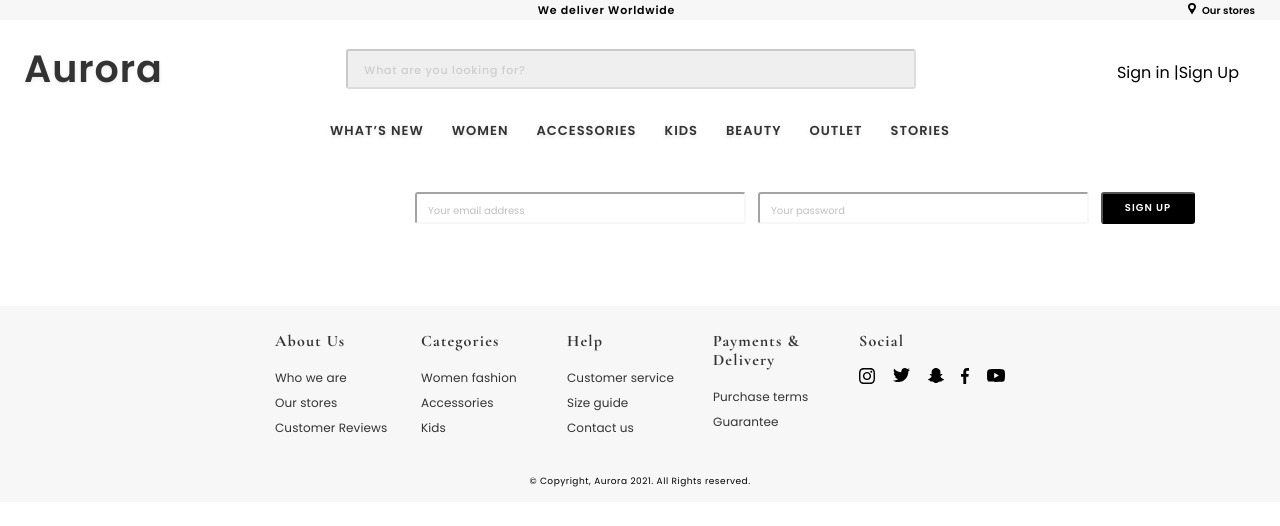
Repository: YuraKrvz/aurora-react-redux-toolkit-firebase
Page: /signUp
The author's editor kept a copy of each file at every save. The page is drawn from the files as they stood at one save, then again after the next save.
The browser window is 1280 px wide. The pictures show the whole page.
The project was rebuilt for these pictures with package versions that can differ from the ones it lists, and the page was loaded fresh each time. Also part of the build but not shown: src/components/MainSection/MainSection.jsx, src/pages/HomeGuest.jsx, src/pages/HomeUser.jsx, src/pages/SignIn.jsx.

Above is the page before, as saved 2021-11-29 13:22:28.

### public/index.html
<!DOCTYPE html>
<html lang="en">
  <head>
    <meta charset="utf-8" />
    <link rel="icon" href="%PUBLIC_URL%/favicon.ico" />
    <meta name="viewport" content="width=device-width, initial-scale=1" />
    <meta name="theme-color" content="#000000" />
    <meta
      name="description"
      content="Web site created using create-react-app"
    />
    <link rel="apple-touch-icon" href="%PUBLIC_URL%/logo192.png" />
    <link rel="manifest" href="%PUBLIC_URL%/manifest.json" />
    <link rel="preconnect" href="https://fonts.googleapis.com">
    <link rel="preconnect" href="https://fonts.googleapis.com">
    <link rel="preconnect" href="https://fonts.gstatic.com" crossorigin>
    <title>React App</title>
  </head>
  <body>
    <noscript>You need to enable JavaScript to run this app.</noscript>
    <div id="root"></div>
  </body>
</html>

### src/index.css
@import '~normalize.css';
@import url('https://fonts.googleapis.com/css2?family=Poppins:wght@100;200;300;400;500;600;700&display=swap');
@import url('https://fonts.googleapis.com/css2?family=Cormorant+Garamond:wght@300;400;500;600;700&display=swap');

*, ::after, ::before {
  margin: 0;
  padding: 0;
  box-sizing: border-box;
  font-family: var(--text-regular-poppins);
  color: var(--color-very-black);
}
html, body{
  height: 100%;
}

:root{
  --text-regular-poppins: 'Poppins';
  --text-cormorant-garamond: 'Cormorant Garamond';

  --color-black: #333333;
  --color-very-black: #000000;
  --color-white:  #FFFFFF;
  --color-silver: #F7F7F7;

  --src-guest: './insta.svg';
  --src-user: './user.svg';
  --bg-wall: var(--src-guest);
}

### src/components/CustomRouter/CustomRouter.jsx
import { Routes, Route } from 'react-router-dom';
import HomeGuest from '../../pages/HomeGuest';
import HomeUser from '../../pages/HomeUser';
import SignIn from '../../pages/SignIn';
import SignUp from '../../pages/SignUp';
import {useAuthorization} from '../../hooks/useAuthorization';

const CustomRouter = () => {
   const {isAuth} = useAuthorization();

   return (
      <>
      <Routes>
         {
         isAuth ? (
            <>
               <Route path='/' element={<HomeUser />} />
               <Route path='/signIn' element={<SignIn />} />
               <Route path='/signUp' element={<SignUp />} />
            </>
         ) : (
            <>
               <Route path='/' element={<HomeGuest />} />
               <Route path='/signIn' element={<SignIn />} />
               <Route path='/signUp' element={<SignUp />} />
            </>
         )
         }
      </Routes>
      </>
   )
}

export default CustomRouter

### src/components/Header/Header.jsx
import React from 'react';
import s from './Header.module.css';
import { NavLink } from 'react-router-dom';
import GlobalSvgSelector from '../../source/GlobalSvgSelector';
import OverHeader from './OverHeader/OverHeader';
import Authorization from '../Authorization/Authorization';

const Header = () => {
   return (
      <>
         <header className={s.header}>
            <OverHeader />
            <div className={s.header_body}>
               <NavLink to='/' className={s.header_title}>Aurora</NavLink>
               <label className={s.input_wrap}>
                  <input className={s.header_searcher} type="text" placeholder="What are you looking for?" />
                  <GlobalSvgSelector className={s.icon} id="fill" color='black' />
               </label>
               <div>
                  <Authorization />
               </div>
            </div>
            <ul className={s.header_list}>
               <li className={s.header_list__item}>what’s new</li>
               <li className={s.header_list__item}>women</li>
               <li className={s.header_list__item}>accessories</li>
               <li className={s.header_list__item}>kids</li>
               <li className={s.header_list__item}>beauty</li>
               <li className={s.header_list__item}>outlet</li>
               <li className={s.header_list__item}>stories</li>
            </ul>
         </header>
      </>
   )
}

export default Header


// HEADER / Aurora
// <h6>{email}</h6>
//    <ul>
//       <li>
//          <NavLink  to='/' >home</NavLink>
//          <NavLink  to='/signIn' >signIn</NavLink>
//          <NavLink  to='/signUp' >signUp</NavLink>
//       </li>
//    </ul>
// </header>

### src/components/Footer/Footer.jsx
import GlobalSvgSelector from '../../source/GlobalSvgSelector';
import s from './Footer.module.css';

function Footer(){
   return (
      <>
         <footer className={s.footer}>
            <div className={s.footer_inner}>
               <div className={s.footer_item}>
                  <h6 className={s.title}>About Us</h6>
                  <ul className={s.list}>
                     <li className={s.text}>Who we are</li>
                     <li className={s.text}>Our stores</li>
                     <li className={s.text}>Customer Reviews</li>
                  </ul>
               </div>
               <div className={s.footer_item}>
                  <h6 className={s.title}>Categories</h6>
                  <ul className={s.list}>
                     <li className={s.text}>Women fashion</li>
                     <li className={s.text}>Accessories</li>
                     <li className={s.text}>Kids</li>
                  </ul>
               </div>
               <div className={s.footer_item}>
                  <h6 className={s.title}>Help</h6>
                  <ul className={s.list}>
                     <li className={s.text}>Customer service</li>
                     <li className={s.text}>Size guide</li>
                     <li className={s.text}>Contact us</li>
                  </ul>
               </div>
               <div className={s.footer_item}>
                  <h6 className={s.title}>Payments & Delivery</h6>
                  <ul className={s.list}>
                     <li className={s.text}>Purchase terms</li>
                     <li className={s.text}>Guarantee</li>
                  </ul>
               </div>
               <div className={s.footer_item}>
                  <h6 className={s.title}>Social</h6>
                  <ul className={s.list}>
                     <li className={s.social_icon}>
                        <a href="#"><GlobalSvgSelector id='instagram' /></a>
                        <a href="#"><GlobalSvgSelector id='twitter' /></a>
                        <a href="#"><GlobalSvgSelector id='snapchat' /></a>
                        <a href="#"><GlobalSvgSelector id='facebook' /></a>
                        <a href="#"><GlobalSvgSelector id='youtube' /></a>
                     </li>
                  </ul>
               </div>
            </div>
            <div className={s.copy_right}>
               <p>© Copyright, Aurora 2021. All Rights reserved.</p>
            </div>
         </footer>
      </>
   )
}

export default Footer

### src/pages/SignUp.jsx
import React, {useRef} from 'react';
import s from '../components/MainSection/MainSection.module.css';
import {signUp} from '../firebase';

const SignUp = () => {
   const emailRef = useRef();
   const passwordRef = useRef();
   async function handler(){
      try{
         await signUp(emailRef.current.value, passwordRef.current.value)
      }
      catch{
         alert('error in sign up')
      }
   }

   return (
      <>
         <div className={s.section_register_field}>
            <div style={{minHeight: '100%', }}>
               <label className={s.input_wrap}>
               <input className={s.section_register_input} ref={emailRef} type="email" placeholder='Your email address' />
               <input className={s.section_register_input} ref={passwordRef} type="password" placeholder='Your password' />
               <button className={s.section_register_btn} onClick={handler} >Sign Up</button>
               </label>
            </div>
         </div>
      </>
   )
}

export default SignUp;

### src/hooks/useAuthorization.jsx
import {useSelector} from 'react-redux';

export function useAuthorization(){
   const {email, id, token} = useSelector(state => state.user);

   return {
      isAuth: !!email,
      email,
      id,
      token,
   }
}

### src/components/Header/Header.module.css
.header{
   width: 100%;
   height: 160px;
   /* background: linear-gradient(180deg, rgba(51, 51, 51, 0.9) 14.31%, rgba(27, 27, 27, 0.469176) 58.6%, rgba(0, 0, 0, 0.0001) 100%); */
   mix-blend-mode: normal;
   /* opacity: 0.24; */
   /* background: rgba(0, 0, 0, 0.1); */
   /* background-color: black; */
}
.header_body{
   display: flex;
   justify-content: space-between;
   align-items: center;
   padding: 0 24px;
}
.header_title{
   margin: 0;
   font-style: normal;
   font-weight: 600;
   font-size: 38px;
   line-height: 57px;
   letter-spacing: 0.95px;
   color: var(--color-black, --color-white);
   text-shadow: 0px 2px 4px rgba(0, 0, 0, 0.08);
   text-decoration: none;
}
.input_wrap{
   position: relative;
}
.header_searcher{
   background-color: silver;
   border-color: none;
   mix-blend-mode: normal;
   opacity: 0.24;
   border-radius: 3px;
   width: 570px;
   height: 40px;
   color: var(--color-very-black);
}
.icon{
   position: absolute;
   width: 17px;
   height: 17px;
   top: 30%;
   right: 10px;
   /* background-color: var(--color-very-black) */
}
.header_searcher::placeholder {
   padding: 16px;
   height: 17px;
   font-weight: 500;
   font-size: 11px;
   line-height: 16px;
   letter-spacing: 0.8px;
   color: var(--color-black, --color-white);
 }
.header_user{
   font-style: normal;
   font-weight: 600;
   font-size: 11px;
   line-height: 16px;
   text-align: right;
   letter-spacing: 1px;
   color: var(--color-black, --color-white);
}
.header_list{
   list-style: none;
   display: flex;
   justify-content: space-between;
   text-transform: uppercase;
   width: 620px;
   margin: 24px auto;
   padding-bottom: 25px;
}
.header_list__item{
   color: var(--color-black, --color-white);
   font-style: normal;
   font-weight: 600;
   font-size: 13px;
   line-height: 19px;
   text-align: center;
   letter-spacing: 1px;
   text-transform: uppercase;
   text-shadow: 0px 2px 4px rgba(0, 0, 0, 0.12);
   cursor: pointer;
}

### src/components/Header/OverHeader/OverHeader.jsx
import GlobalSvgSelector from "../../../source/GlobalSvgSelector"
import s from './OverHeader.module.css';

const OverHeader = () => {
   return (
      <>
         <div className={s.wrapper}>
            <div />
            <h6 className={s.title}>We deliver Worldwide</h6>
            <div className={s.wrapper_text}>
               <GlobalSvgSelector id="shape" />
               <p className={s.text}>Our stores</p>
            </div>
         </div>
      </>
   )
}

export default OverHeader

### src/components/Authorization/Authorization.jsx
import s from './Authorization.module.css';
import GlobalSvgSelector from '../../source/GlobalSvgSelector';
import { useAuthorization } from '../../hooks/useAuthorization';
import { NavLink } from 'react-router-dom';

const Authorization = () => {
   const {isAuth, email, id} = useAuthorization();

   return (
      <>
         {!isAuth ? (
            <div >
               <NavLink to='/signIn' className={s.header_user}>
                  Sign in
               </NavLink>  |
               <NavLink to='/signUp' className={s.header_user}>
                  Sign Up
               </NavLink>
               <GlobalSvgSelector id="basket" color='black'/>
            </div>
         ) : (
            <div className={s.login_field}>
               <p className={s.login}>Hi, {email}!</p>
               <GlobalSvgSelector id="basket" color='black'/>
               {/*<GlobalSvgSelector id="ball" color='black'/>*/}
            </div>
         )}

      </>
   )
}

export default Authorization

### src/components/Footer/Footer.module.css
.footer{
   background-color: var(--color-silver);
}
.footer_inner{
   display: flex;
   justify-content: center;
   padding-top: 26px;
}
.footer_item{
   width: 146px;
   height: 105px;
   margin-bottom: 38px;
}
.title{
   margin-bottom: 17px;
   font-family: var(--text-cormorant-garamond);
   font-size: 16px;
   line-height: 19px;
   letter-spacing: 1.16364px;
   color: var(--color-black);
}
.list{
   list-style: none;
}
.list li {
   cursor: pointer;
}
.social_icon{
   display: flex;
   justify-content: space-between;
}
.text{
   margin-bottom: 6px;
   font-style: normal;
   font-weight: normal;
   font-size: 12px;
   line-height: 19px;
   letter-spacing: 0.1px;
   color: var(--color-black);
}
.copy_right{
   padding-bottom: 14px;
   font-style: normal;
   font-weight: normal;
   font-size: 9px;
   line-height: 13px;
   text-align: center;
   letter-spacing: 0.5px;
   color: var(--color-black);
}

### src/components/MainSection/MainSection.module.css
.section{

   height: 100vh;
   background-position: center;
   background-size: cover;
   background-repeat: no-repeat;
   display: flex;
   flex-direction: column;
}
.guest{
   background-image: url(./insta.svg);
}
.user{
   background-image: url(./user.svg);
}
.title{
   margin: auto;
   font-style: normal;
   font-weight: bold;
   font-size: 60px;
   line-height: 90px;
   text-align: center;
   color: var(--color-white);
}
.section_register_field{
   display: block;
   margin: 32px auto;
   width: 450px;
   height: 82px;
}
.text{
   margin-bottom: 14px;
   font-style: normal;
   font-weight: normal;
   font-size: 12px;
   line-height: 18px;
   letter-spacing: 0.872727px;
   color: var(--color-black);
}
.input_wrap{
   display: flex;
   align-items: center;
}
.section_register_input{
   padding: 7px 0 7px 11px;
   width: 335px;
   height: 32px;
   margin-right: 12px;
   border-radius: 3px;
   border-color: var(--color-silver);
}
.section_register_input::placeholder{
   color: silver;
   font-size: 10px;
}
.section_register_btn{
   min-width: 94px;
   height: 32px;
   border-radius: 3px;
   /* border: transparent; */
   background-color: var(--color-very-black);
   color: var(--color-white);
   font-style: normal;
   font-weight: 600;
   font-size: 10px;
   line-height: 20px;
   text-align: center;
   letter-spacing: 1px;
   text-transform: uppercase;
   cursor: pointer;
}

### src/components/Header/OverHeader/OverHeader.module.css
.wrapper{
   width: 100%;
   height: 20px;
   display: flex;
   justify-content: space-between;
   align-items: center;
   padding: 4px 25px;
   font-weight: 600;
   background-color: var(--color-silver, --color-white);
   margin-bottom: 20px;
}
.title{
   font-style: normal;
   font-weight: 500;
   font-size: 11px;
   line-height: 16px;
   text-align: center;
   letter-spacing: 0.8px;
   font-weight: 600;
}
.wrapper_text{
   display: flex;
}
.text{
   padding-left: 6px;
   font-family: Poppins;
   font-style: normal;
   font-size: 10px;
   line-height: 15px;
   text-align: right;
   letter-spacing: 0.0833333px;
}

### src/components/Authorization/Authorization.module.css
.login_field{
   display: flex;
   align-items: center;
}
.login{
   margin-right: 17px;
   font-style: normal;
   font-weight: 600;
   font-size: 11px;
   line-height: 16px;
   text-align: right;
   letter-spacing: 1px;
   color: var(--color-very-black);
}
.header_user{
   text-decoration: none;
}

Loaded but not shown: src/firebase.js (22 lines, source omitted); src/store/slices/userSlice.js (27 lines, source omitted); src/App.js (23 lines, source omitted); src/index.js (13 lines, source omitted); src/store/index.js (8 lines, source omitted); src/source/GlobalSvgSelector.jsx (88 lines, source omitted)

After the next save:
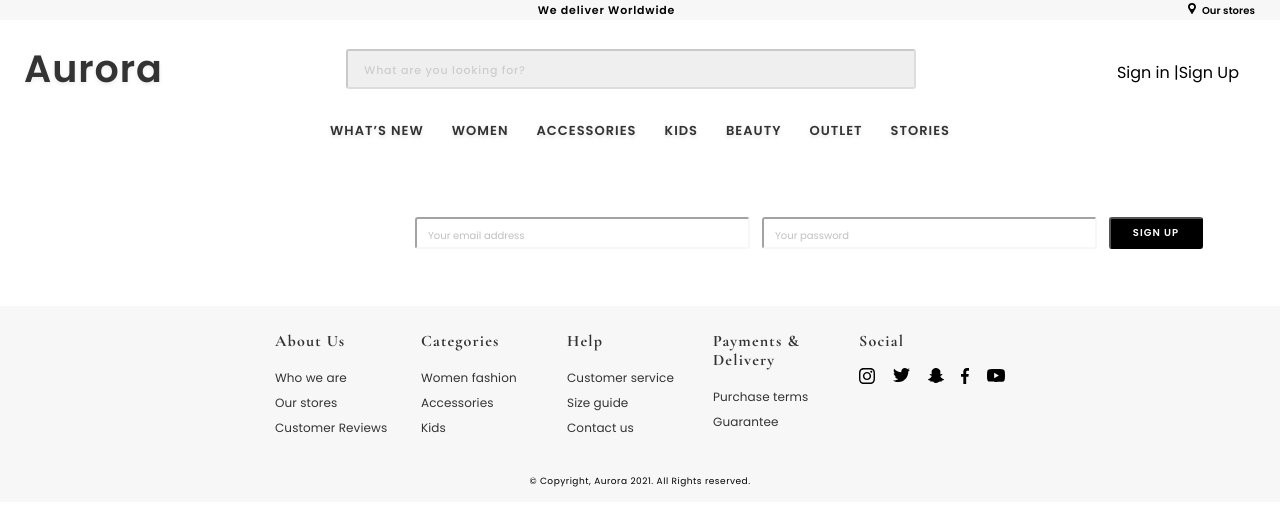
Saved 14 s later.
--- a/src/pages/SignUp.jsx
+++ b/src/pages/SignUp.jsx
@@ -17,7 +17,7 @@
    return (
       <>
          <div className={s.section_register_field}>
-            <div style={{minHeight: '100%', }}>
+            <div style={{minHeight: '100%', display: 'flex', }}>
                <label className={s.input_wrap}>
                <input className={s.section_register_input} ref={emailRef} type="email" placeholder='Your email address' />
                <input className={s.section_register_input} ref={passwordRef} type="password" placeholder='Your password' />

After the save that followed:
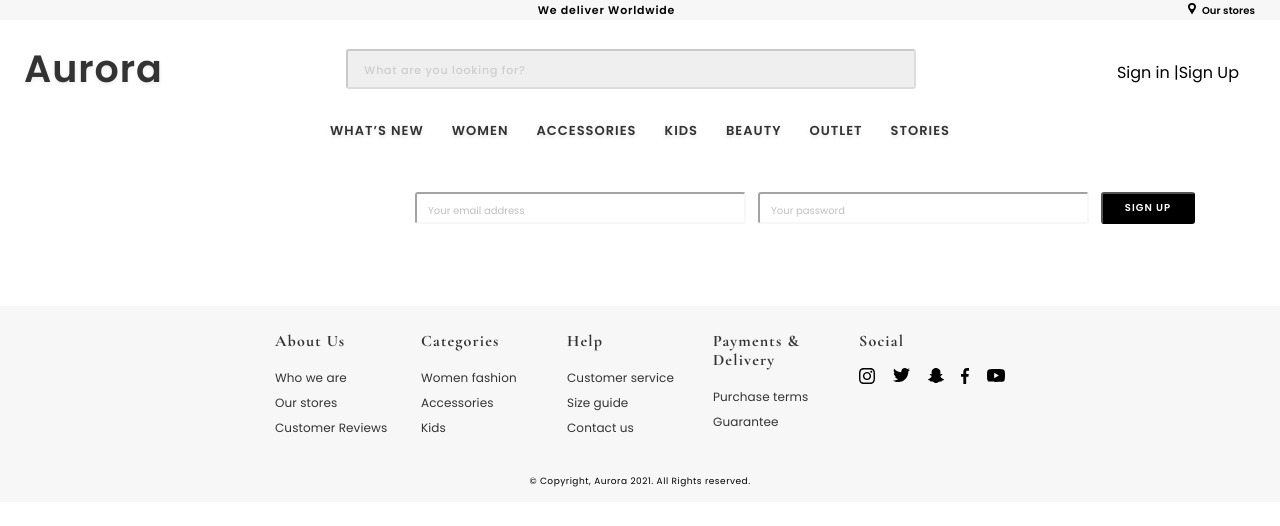
Saved 12 s later.
--- a/src/pages/SignUp.jsx
+++ b/src/pages/SignUp.jsx
@@ -17,7 +17,7 @@
    return (
       <>
          <div className={s.section_register_field}>
-            <div style={{minHeight: '100%', display: 'flex', }}>
+            <div style={{minHeight: '100%', display: 'flex', flexDirection: 'column', }}>
                <label className={s.input_wrap}>
                <input className={s.section_register_input} ref={emailRef} type="email" placeholder='Your email address' />
                <input className={s.section_register_input} ref={passwordRef} type="password" placeholder='Your password' />
